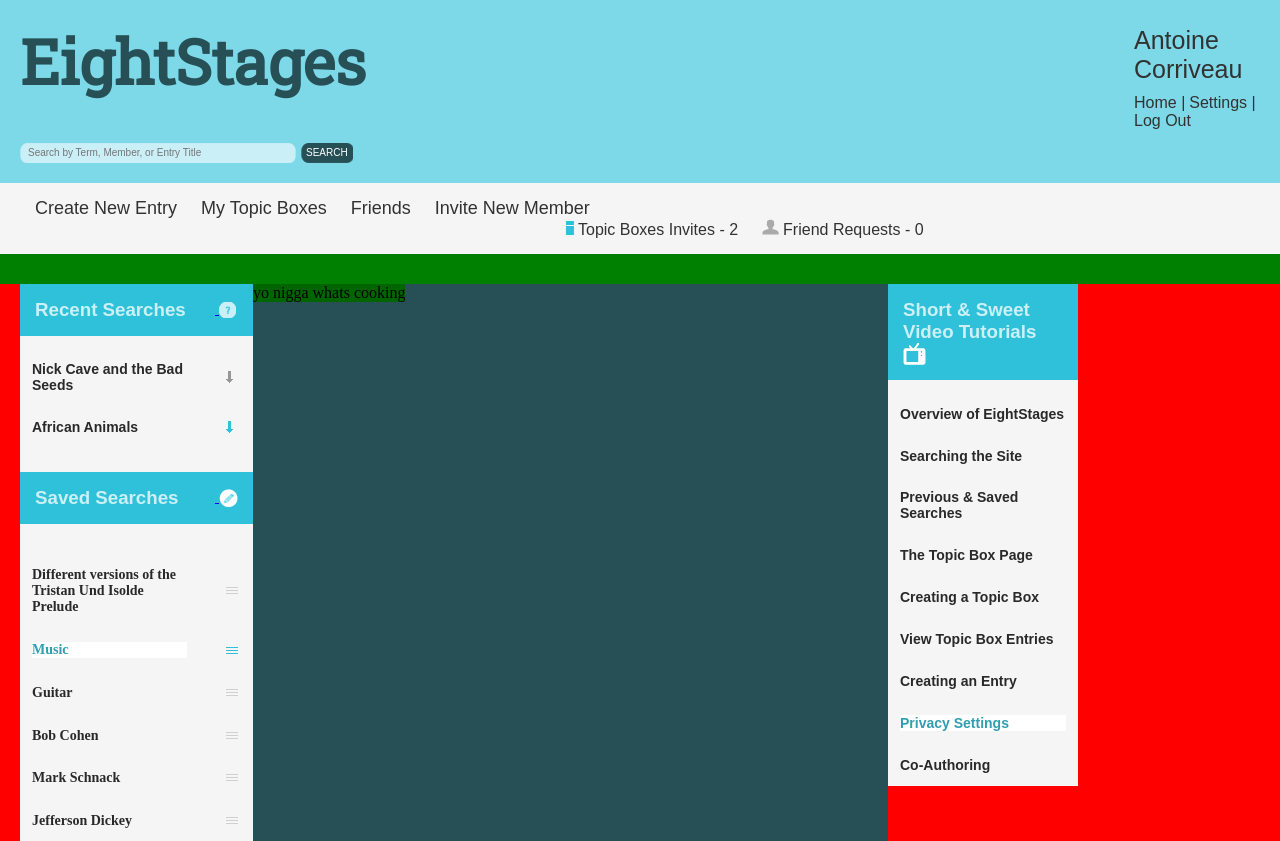
Repository: bhattaraib58/eighstages-lf-design
Page: Assignment 3/Eight Stages Website Mockup Done/index.html
An editor plug-in stored every save of this project. The page is shown before and after the next save, followed by the edit.
The browser window is 1280 px wide. The pictures show the whole page.
Some web fonts or font styles are not loaded; a fallback is used.

Above is the page before, as saved 2019-06-10 01:24:30.

After the next save:
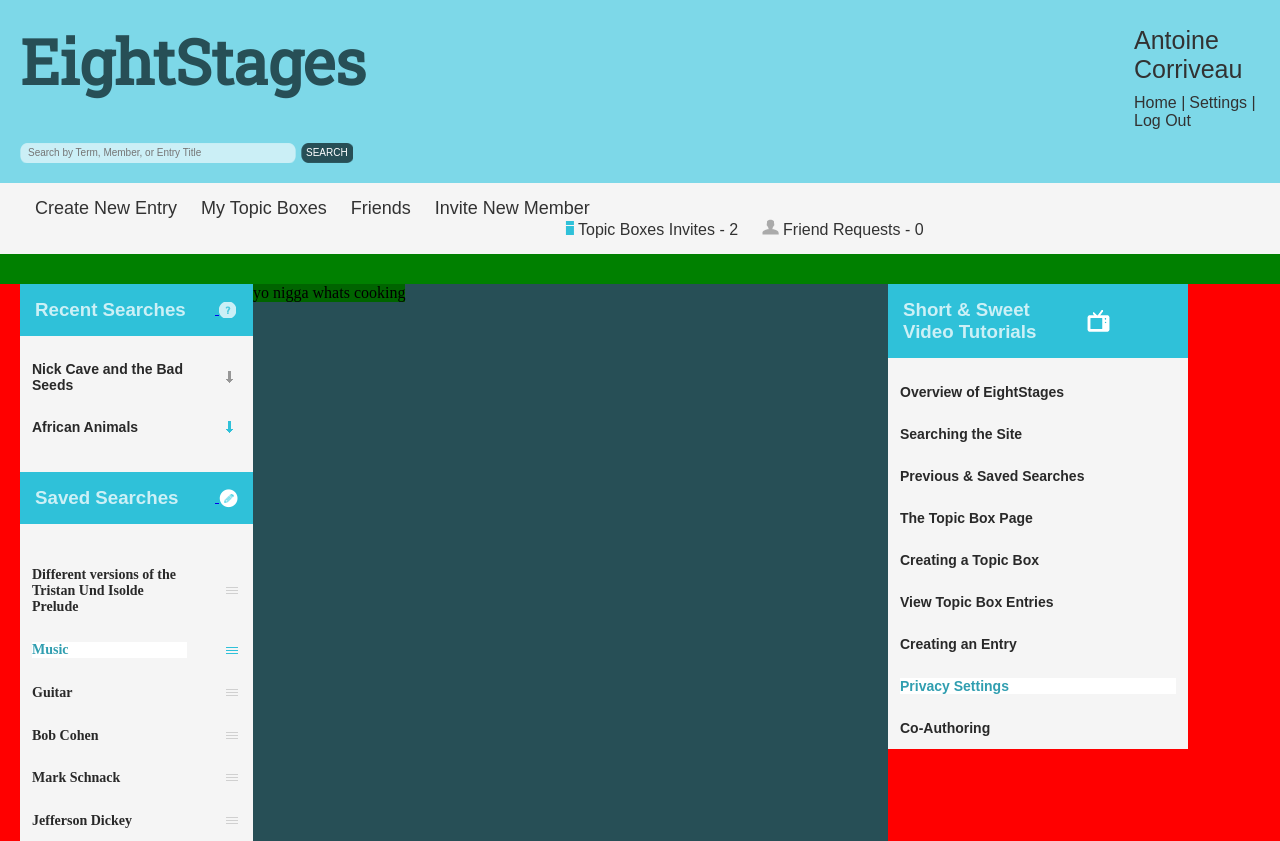
Saved 69 s later.
--- a/Assignment 3/Eight Stages Website Mockup Done/css/style.css
+++ b/Assignment 3/Eight Stages Website Mockup Done/css/style.css
@@ -164,7 +164,7 @@
 }
 
 .short-links-container {
-    width: 190px;
+    width: 300px;
     background-color: #f5f5f5;
     float: left;
 }
